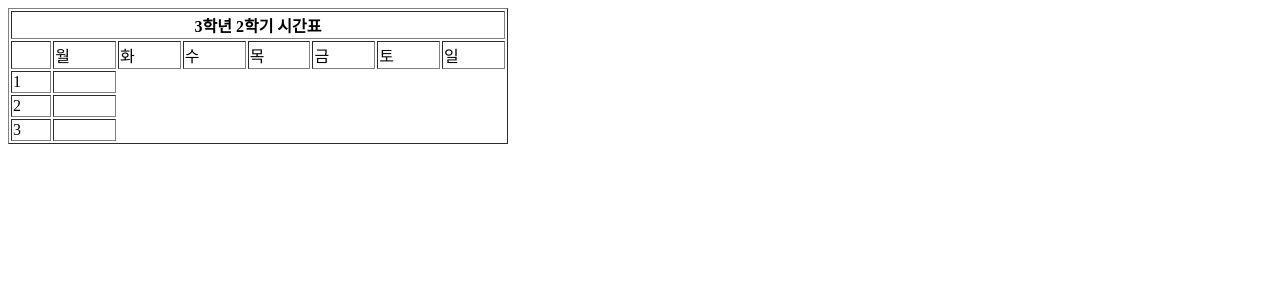
Repository: Cha-Ji/InternetProgramming
Page: week01/WebContent/hw04.html
An editor plug-in stored every save of this project. The page is shown before and after the next save, followed by the edit.
The browser window is 1280 px wide. The pictures show the whole page.

Above is the page before, as saved 2020-09-06 13:07:20.

### week01/WebContent/hw04.html
<!DOCTYPE html>
<html>
<head>
<meta charset="UTF-8">
<title>3-2 시간표</title>
</head>
<body>
	<table border="1" width ="500" >
	<th colspan = "8">3학년 2학기 시간표</th>
	<tr><!-- 0.요일 -->
	    <td></td><td>월</td><td>화</td><td>수</td><td>목</td><td>금</td><td>토</td><td>일</td>
	</tr>
	<tr><!-- 1. 1교시  -->
	    <td>1</td>
	    <td></td>
	</tr>
	<tr><!-- 2. 2교시  -->
	    <td>2</td>
	    <td></td>
	</tr>
	<tr><!-- 3. 3교시  -->
	    <td>3</td>
	    <td></td>
	</tr>

    </table>
</body>
</html>

After the next save:
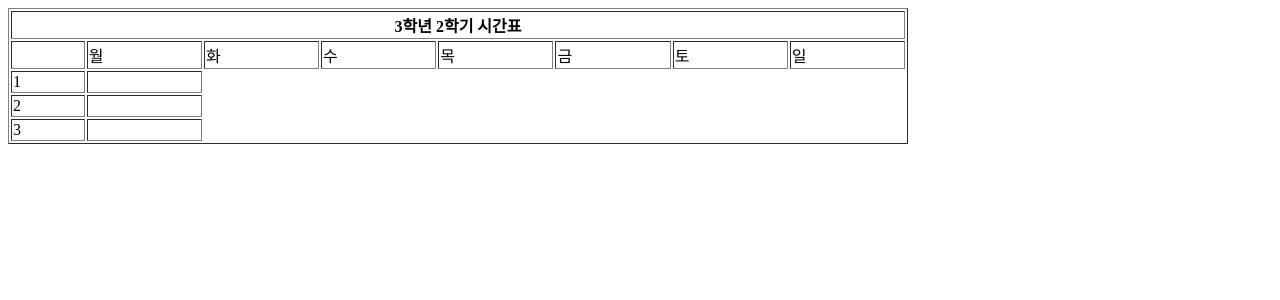
Saved 12 s later.
--- a/week01/WebContent/hw04.html
+++ b/week01/WebContent/hw04.html
@@ -5,7 +5,7 @@
 <title>3-2 시간표</title>
 </head>
 <body>
-	<table border="1" width ="500" >
+	<table border="1" width ="900" >
 	<th colspan = "8">3학년 2학기 시간표</th>
 	<tr><!-- 0.요일 -->
 	    <td></td><td>월</td><td>화</td><td>수</td><td>목</td><td>금</td><td>토</td><td>일</td>
